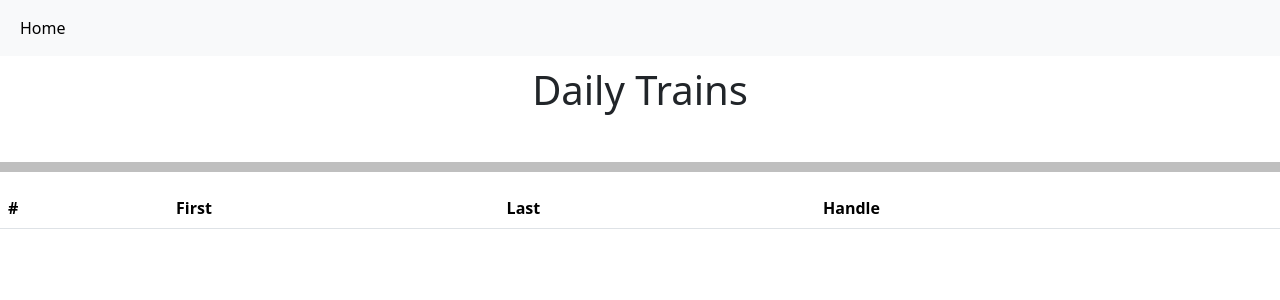
Repository: SachinUthpala/Railway-Reservation
Page: http://localhost/Railway/Train_res
The author's editor kept a copy of each file at every save. The page is drawn from the files as they stood at one save, then again after the next save.
The browser window is 1280 px wide. The pictures show the whole page.
The page is served by Tomcat 9. Other server files are loaded and not shown. Queries for data that is not in the repository find no rows.

Above is the page before, as saved 2023-05-19 17:29:41.

### Railway/src/main/webapp/Trains.jsp
<%@ page language="java" contentType="text/html; charset=UTF-8"
    pageEncoding="UTF-8"%>


<%

String Username;
Username = (String)session.getAttribute("user_name");
System.out.println("\n Username :"+Username);

%>

   <%@page import = "java.util.ArrayList, Reservation.Trains" %>


<!DOCTYPE html>
<html>
<head>
<meta charset="UTF-8">
<title>Trains</title>
<!-- Boostrapp CDN link -->
    <link href="https://cdn.jsdelivr.net/npm/bootstrap@5.3.0-alpha3/dist/css/bootstrap.min.css" rel="stylesheet" integrity="sha384-KK94CHFLLe+nY2dmCWGMq91rCGa5gtU4mk92HdvYe+M/SXH301p5ILy+dN9+nJOZ" crossorigin="anonymous">
</head>
<body>

    <nav class="navbar navbar-expand-lg bg-body-tertiary">
			  <div class="container-fluid">
			    <div class="collapse navbar-collapse" id="navbarSupportedContent">
			      <ul class="navbar-nav me-auto mb-2 mb-lg-0">
			        <li class="nav-item">
			          <a class="nav-link active" aria-current="page" href="Reserve/reserve.jsp">Home</a>
			        </li>
			      </ul>
			    </div>
			  </div>
			</nav>

	<div class="trains" id="trains">
  <h1 style="padding-top: 10px;"><center> Daily Trains </center></h1>
  <br>
  <hr style="border: 5px solid #000000;">
  <% ArrayList allRess = (ArrayList)request.getAttribute("trainRes"); %>

  <table class="table table-striped table-hover">
  <thead>
    <tr>
      <th scope="col">#</th>
      <th scope="col">First</th>
      <th scope="col">Last</th>
      <th scope="col">Handle</th>
    </tr>
  </thead>
  <tbody>

  <%for(int i = 0;i<allRess.size();i++){ %>
  <% Trains tri = (Trains)allRess.get(i); %>
    <tr>
      <td><%= tri.getTname() %></td>
      <td><%= tri.getT_from() %></td>
      <td><%= tri.getT_to() %></td>
      <td><%= tri.getPrice() %></td>
    </tr>

    <% } %>
  </tbody>
</table>
</div>
</body>
</html>

### Railway/src/main/java/Reservation/Train_res.java
package Reservation;

import java.io.IOException;

import javax.servlet.RequestDispatcher;
import javax.servlet.ServletException;
import javax.servlet.annotation.WebServlet;
import javax.servlet.http.HttpServlet;
import javax.servlet.http.HttpServletRequest;
import javax.servlet.http.HttpServletResponse;

/**
 * Servlet implementation class Train_res
 */
@WebServlet("/Train_res")
public class Train_res extends HttpServlet {
	private static final long serialVersionUID = 1L;

	protected void doGet(HttpServletRequest request, HttpServletResponse response)
			throws ServletException, IOException {

		request.setAttribute("trainRes", new Train_dao().selectAll() );

		RequestDispatcher rd = request.getRequestDispatcher("Trains.jsp");
		rd.forward(request, response);

	}



}

### Railway/src/main/java/Reservation/Train_dao.java
package Reservation;

import java.sql.PreparedStatement;
import java.sql.ResultSet;
import java.sql.SQLException;
import java.util.ArrayList;

public class Train_dao {
	public ArrayList<Trains> selectAll(){

		DbConnection dbc = new DbConnection();

		ArrayList<Trains> trainAll = new ArrayList<>();

		String query = "Select * from trains";

		try {
			PreparedStatement smtp ;
			smtp = dbc.getConnection().prepareStatement(query);

			ResultSet res = smtp.executeQuery();

			while(res.next()) {



				Trains trins = new Trains();
				trins.setTname(res.getString(2));
				trins.setT_from(res.getString(3));
				trins.setT_to(res.getString(4));
				trins.setPrice(res.getString(5));

				trainAll.add(trins);
			}



		} catch (SQLException e) {
			// TODO Auto-generated catch block
			e.printStackTrace();
		}

		return trainAll;

	}
}

### Railway/src/main/java/Reservation/DbConnection.java
/*creating database connection to the reservation packahe*/

package Reservation;

import java.sql.Connection;
import java.sql.DriverManager;
import java.sql.SQLException;

public class DbConnection {

	 String url = "jdbc:mysql://localhost:3306/Railway";
	 String db_uname = "root";
	 String db_password = "Sachin-123";

	 public Connection getConnection() {

		 try {
			Connection con = DriverManager.getConnection(url,db_uname,db_password);
			 System.out.println("Database Connection Sucessfull");//only a massage

			 Class.forName("com.mysql.cj.jdbc.Driver");
			 System.out.println("Driver connection Sucessfull");//only a massage

			 return con;
		} catch (ClassNotFoundException e) {
			// TODO Auto-generated catch block
			e.printStackTrace();
		} catch (SQLException e) {
			// TODO Auto-generated catch block
			e.printStackTrace();
		}

		 return null;
	 }
}

After the next save:
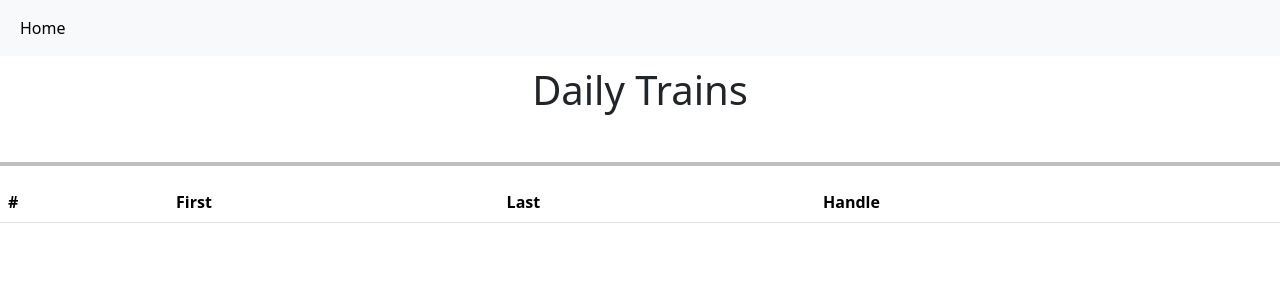
Saved 14 s later.
--- a/Railway/src/main/webapp/Trains.jsp
+++ b/Railway/src/main/webapp/Trains.jsp
@@ -38,7 +38,7 @@ System.out.println("\n Username :"+Username);
 	<div class="trains" id="trains">
   <h1 style="padding-top: 10px;"><center> Daily Trains </center></h1>
   <br>
-  <hr style="border: 5px solid #000000;">
+  <hr style="border: 2px solid #000000;">
   <% ArrayList allRess = (ArrayList)request.getAttribute("trainRes"); %>
 
   <table class="table table-striped table-hover">
